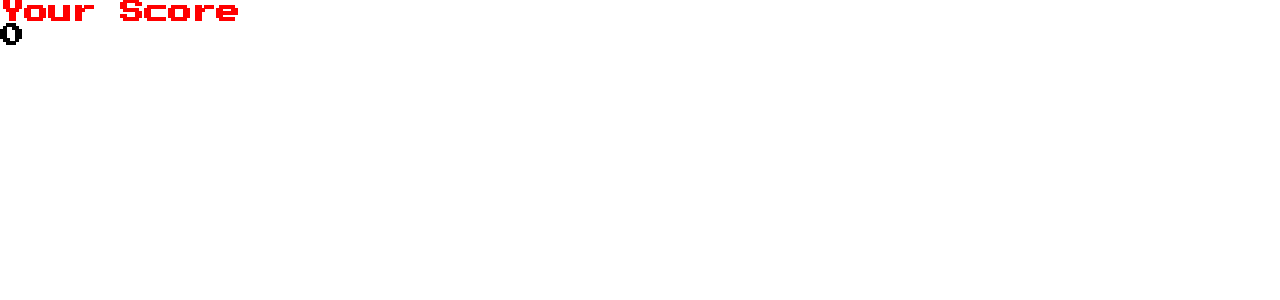
Repository: Zoemateus324/detona-ralph-js
Page: index.html
An editor plug-in stored every save of this project. The page is shown before and after the next save, followed by the edit.
The browser window is 1280 px wide. The pictures show the whole page.

Above is the page before, as saved 2024-11-26 08:22:18.

After the next save:
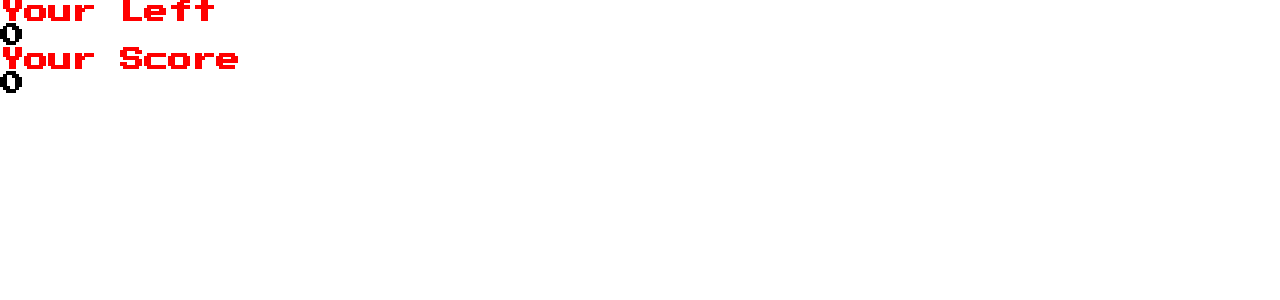
Saved 61 s later.
--- a/index.html
+++ b/index.html
@@ -22,12 +22,17 @@
     <div class="container">
         <div class="menu">
             <div class="menu-time">
-                <h2 style="color: red;">Your Score</h2>
+                <h2 style="color: red;">Your Left</h2>
                 <h2>0</h2>
 
             </div>
-            <div class="menu-score"></div>
-            <div class="menu-lives"></div>
+            <div class="menu-score">
+                <h2 style="color: red;">Your Score</h2>
+                <h2>0</h2>
+            </div>
+            <div class="menu-lives">
+                <img src="" alt="">
+            </div>
         </div>
 
 
